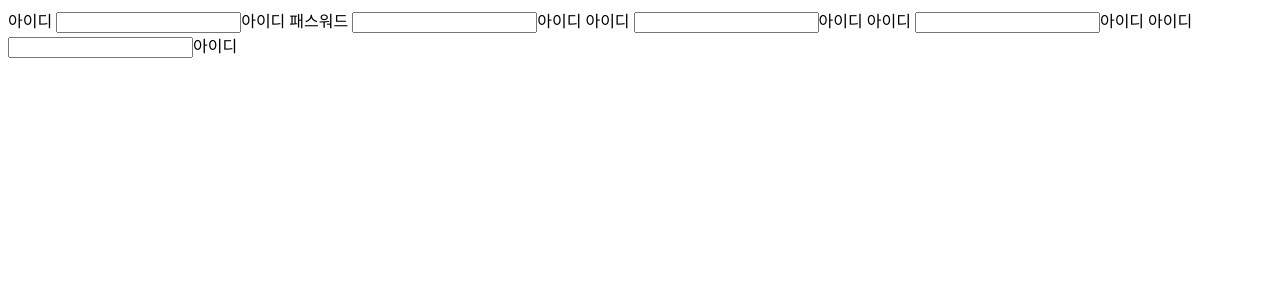
Repository: HwangEojin/homework
Page: http://localhost/day04_mybatis/
The author's editor kept a copy of each file at every save. The page is drawn from the files as they stood at one save, then again after the next save.
The browser window is 1280 px wide. The pictures show the whole page.
The page is served by Tomcat 9.

Above is the page before, as saved 2025-01-15 02:03:13.

After the next save:
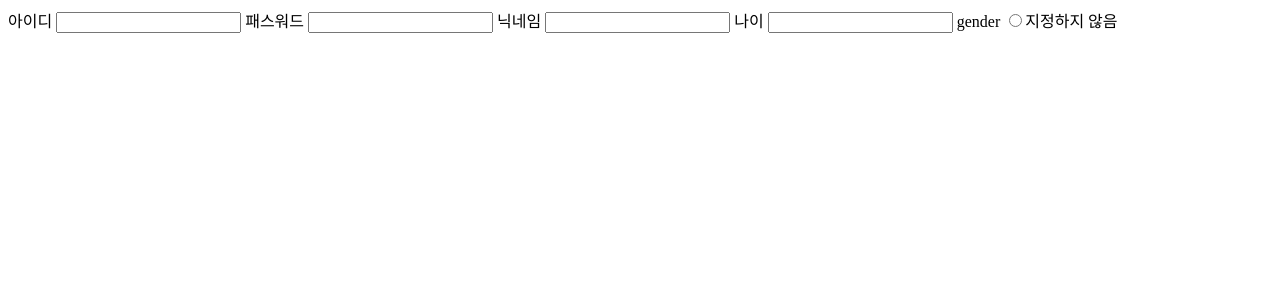
Saved 85 s later.
--- a/week09/day04_mybatis/src/main/webapp/index.jsp
+++ b/week09/day04_mybatis/src/main/webapp/index.jsp
@@ -12,27 +12,27 @@
 	<form action="MyServlet" method="get">
 		<label>
 			아이디
-			<input type="text">아이디</input>
+			<input type="text"></input>
 		</label>
 
 		<label>
 			패스워드
-			<input type="text">아이디</input>
+			<input type="password"></input>
 		</label>
 
 		<label>
-			아이디
-			<input type="text">아이디</input>
+			닉네임
+			<input type="text"></input>
 		</label>
 
 		<label>
-			아이디
-			<input type="text">아이디</input>
+			나이
+			<input type="text"></input>
 		</label>
 
 		<label>
-			아이디
-			<input type="text">아이디</input>
+			gender
+			<input type="radio">지정하지 않음</input>
 		</label>
 
 	</form>
